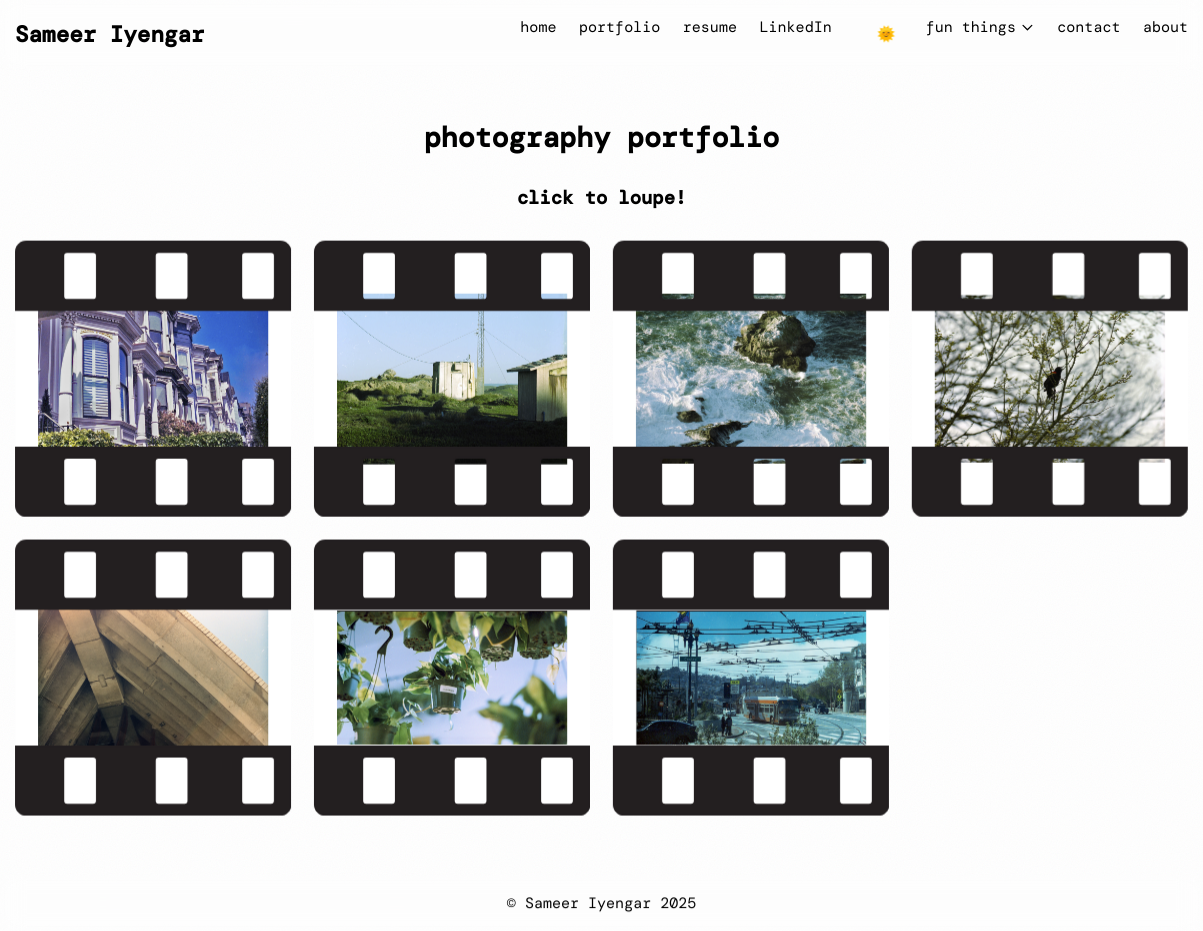
Repository: siyengar04/siyengar04.github.io
Page: portfolio.html
An editor plug-in stored every save of this project. The page is shown before and after the next save, followed by the edit.
The browser window is 1280 px wide. The pictures show the whole page, at 94% of full size.
Some web fonts or font styles are not loaded; a fallback is used.

Above is the page before, as saved 2025-10-11 16:26:24.

After the next save:
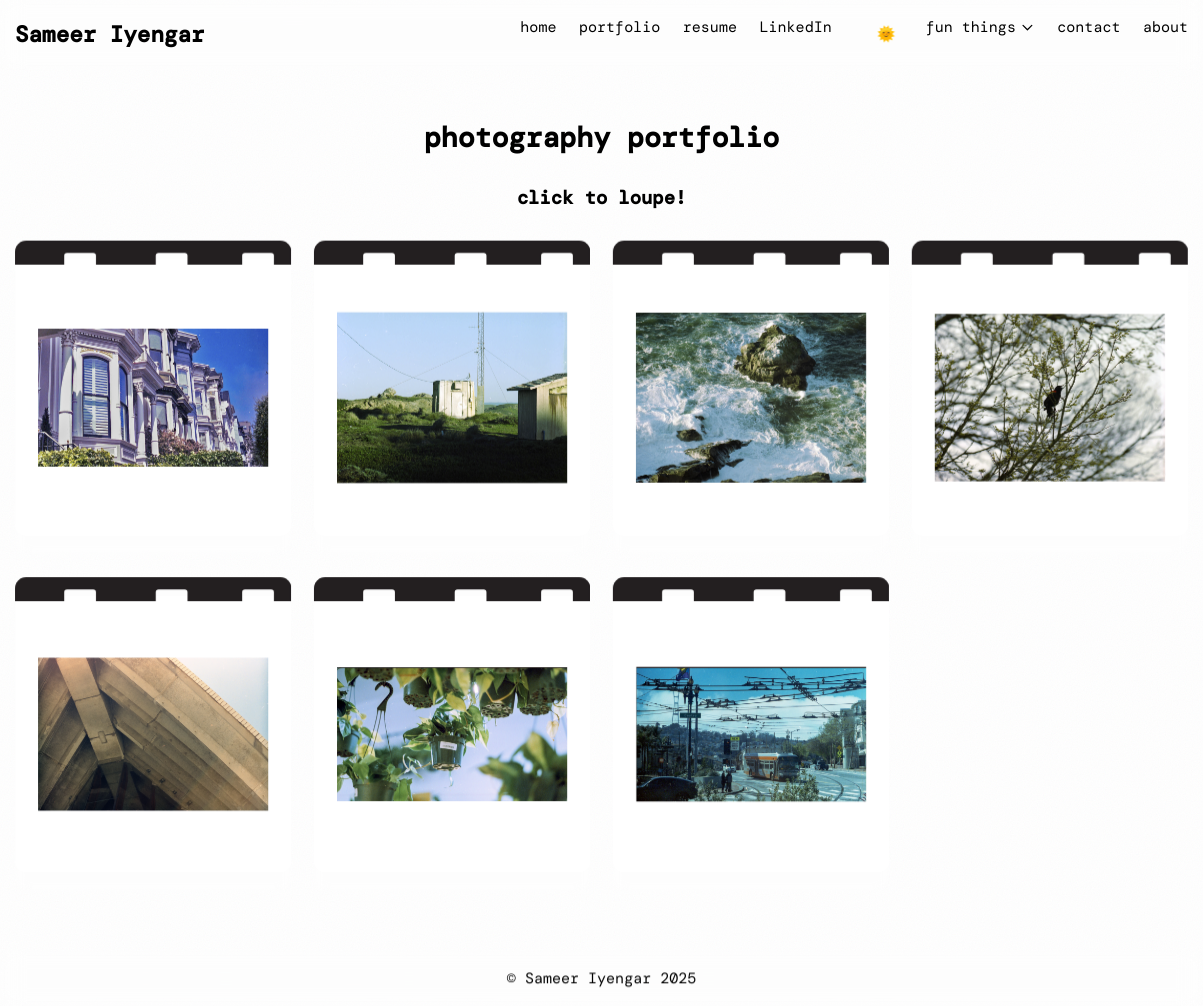
Not found: path-to-your-bottom-border.svg
Saved 11 s later.
--- a/portfolio.html
+++ b/portfolio.html
@@ -46,15 +46,22 @@
             /* Needed for absolute positioning of pseudo-elements */
         }
 
+        .gallery-item {
+            position: relative;
+            padding-top: 20px;
+            /* Reduced from original */
+            padding-bottom: 20px;
+            /* Reduced from original */
+        }
+
         .gallery-item::before,
         .gallery-item::after {
             content: "";
             position: absolute;
             left: 0;
             width: 100%;
-            height: 75px;
-            /* Adjust based on your SVG border height */
-            background-image: url('Asset 4.svg');
+            height: 25px;
+            /* Border height */
             background-size: cover;
             z-index: 2;
         }
@@ -66,12 +73,13 @@
 
         .gallery-item::after {
             bottom: 0;
-            background-image: url('Asset 4.svg');
+            background-image: url('path-to-your-bottom-border.svg');
         }
 
         .gallery-img {
-            position: relative;
-            z-index: 1;
+            height: calc(100% - 50px);
+            /* Compensate for border height */
+            object-fit: cover;
         }
 
         .dark-theme {

After the save that followed:
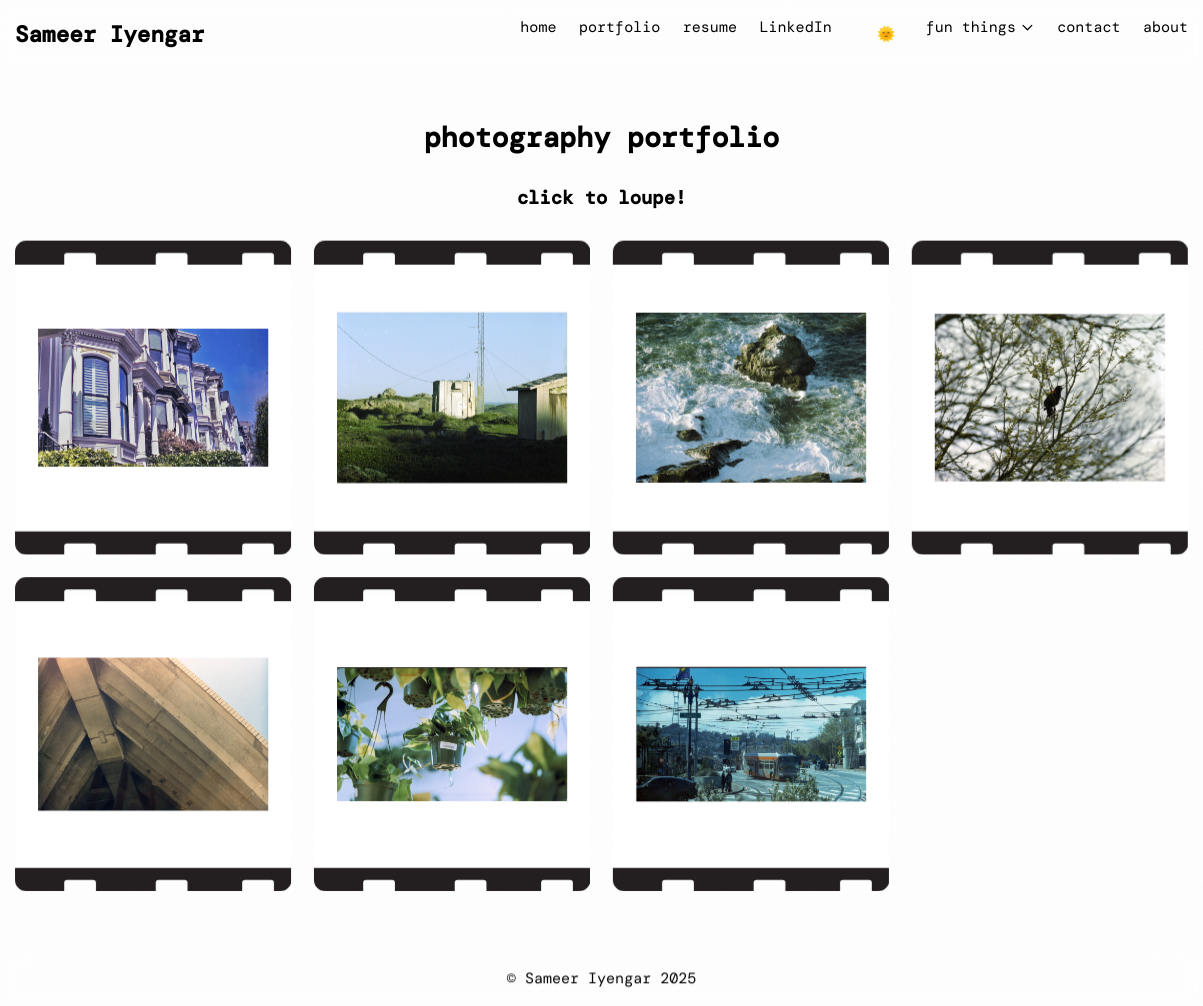
Saved 7 s later.
--- a/portfolio.html
+++ b/portfolio.html
@@ -73,7 +73,7 @@
 
         .gallery-item::after {
             bottom: 0;
-            background-image: url('path-to-your-bottom-border.svg');
+            background-image: url('Asset 4.svg');
         }
 
         .gallery-img {
